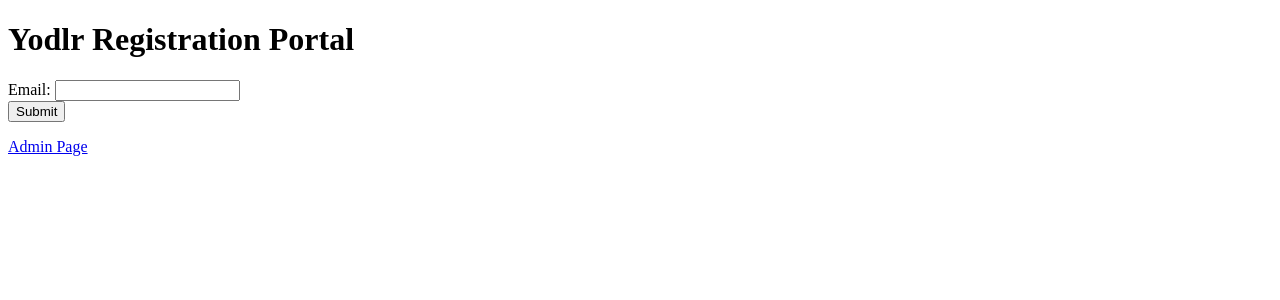
Repository: rmdayberry/yodlr-take-home
Page: public/signup.html
The author's editor kept a copy of each file at every save. The page is drawn from the files as they stood at one save, then again after the next save.
The browser window is 1280 px wide. The pictures show the whole page.

Above is the page before, as saved 2024-10-08 09:11:26.

After the next save:
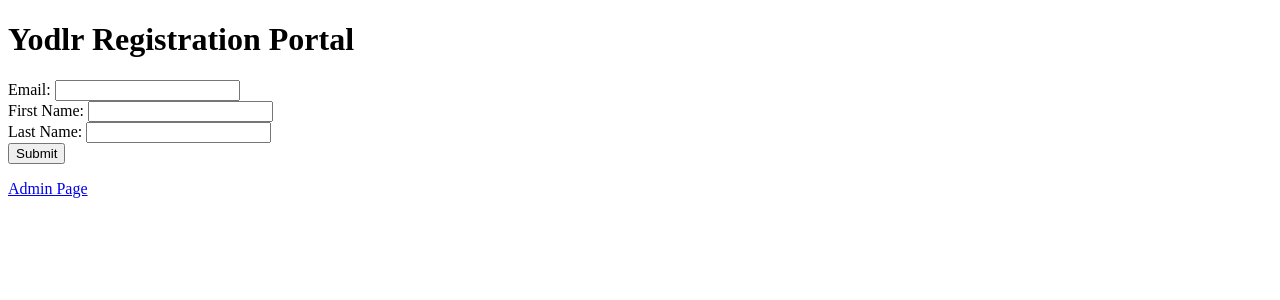
Saved 14 min 23 s later.
--- a/public/signup.html
+++ b/public/signup.html
@@ -4,11 +4,37 @@
   <meta charset=utf-8>
   <title>Yodlr Registration Portal</title>
   <script src="https://code.jquery.com/jquery-3.6.0.min.js"></script>
+    <script>$(document).ready(function() {
+      $('form').on('submit', function(e){
+        e.preventDefault();
+        const email = $('input[name="email"]').val();
+        const firstName= $('input[name="firstName"]').val();
+        const lastName= $('input[name="lastName"]').val();
+
+        //Post user data to server
+        $.ajax({
+          type: 'POST',
+          url: 'http://localhost.3000/users',
+          data: JSON.stringify({email: email, firstName: firstName, lastName: lastName}),
+          contentType: 'application/json',
+          success: function(response){
+            alert('User registered sucessfully: ' + JSON.stringify(response));
+            $('form')[0].reset(); //form clear
+          },
+          error: function(err) {
+            alert('Error registering user: ' + err.responseJSON.message);
+          }
+        });
+      });
+    });
+      </script>
 </head>
 <body>
   <h1>Yodlr Registration Portal</h1>
   <form>
-    Email: <input type="email" name="email"></br>
+    Email: <input type="email" name="email" required></br>
+    First Name: <input type="text" name="firstName" required></br>
+    Last Name: <input type="text" name="lastName" required></br>
     <button type="submit">Submit</button>
   </form>
   <p>
